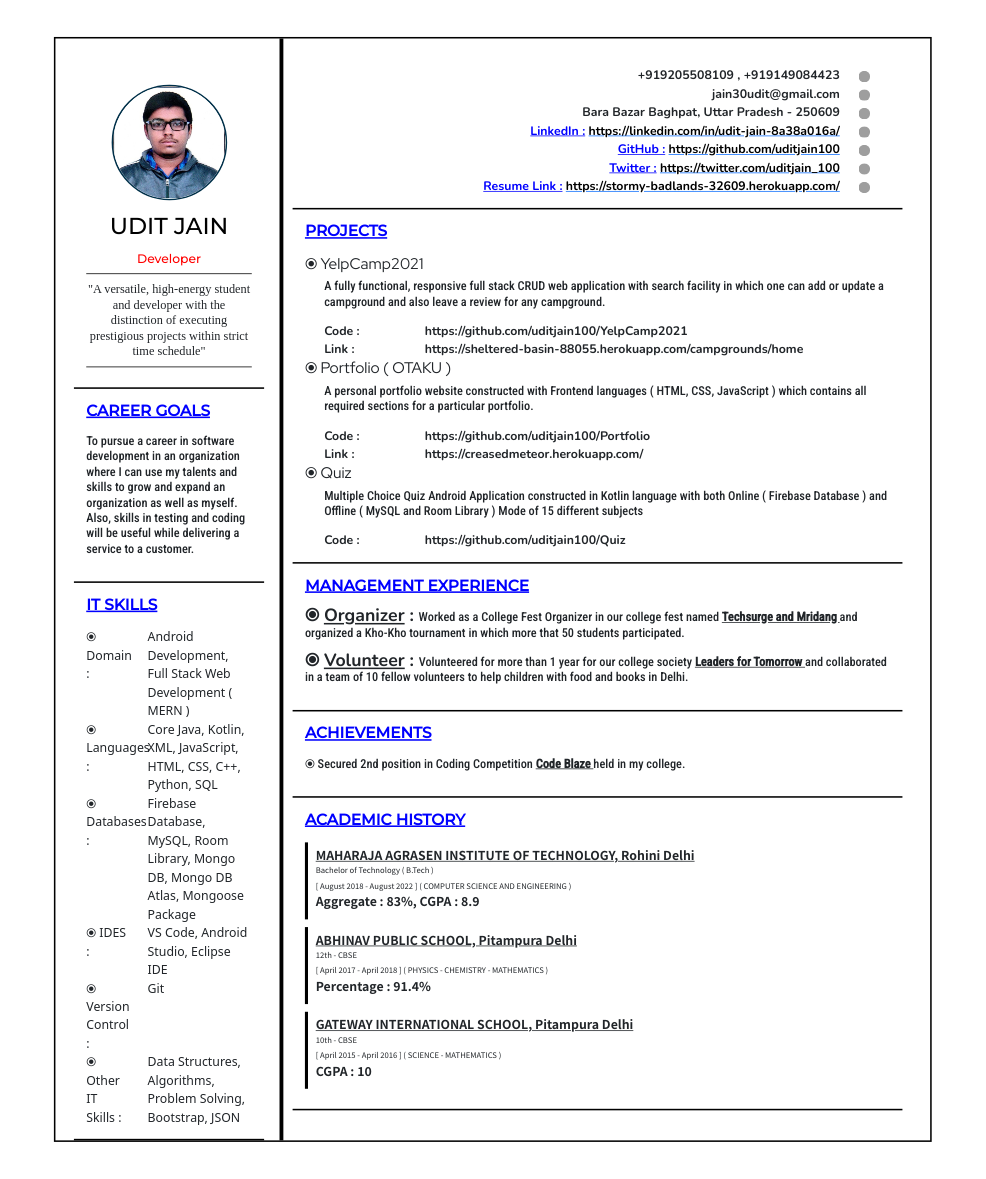
Repository: uditjain100/Resume
Page: app.html
An editor plug-in stored every save of this project. The page is shown before and after the next save, followed by the edit.
The browser window is 1280 px wide. The pictures show the whole page, at 77% of full size.
Pictures or frames that could not be fetched are drawn as grey boxes. Some web fonts or font styles are not loaded; a fallback is used.

Above is the page before, as saved 2021-05-27 18:31:10.

After the next save:
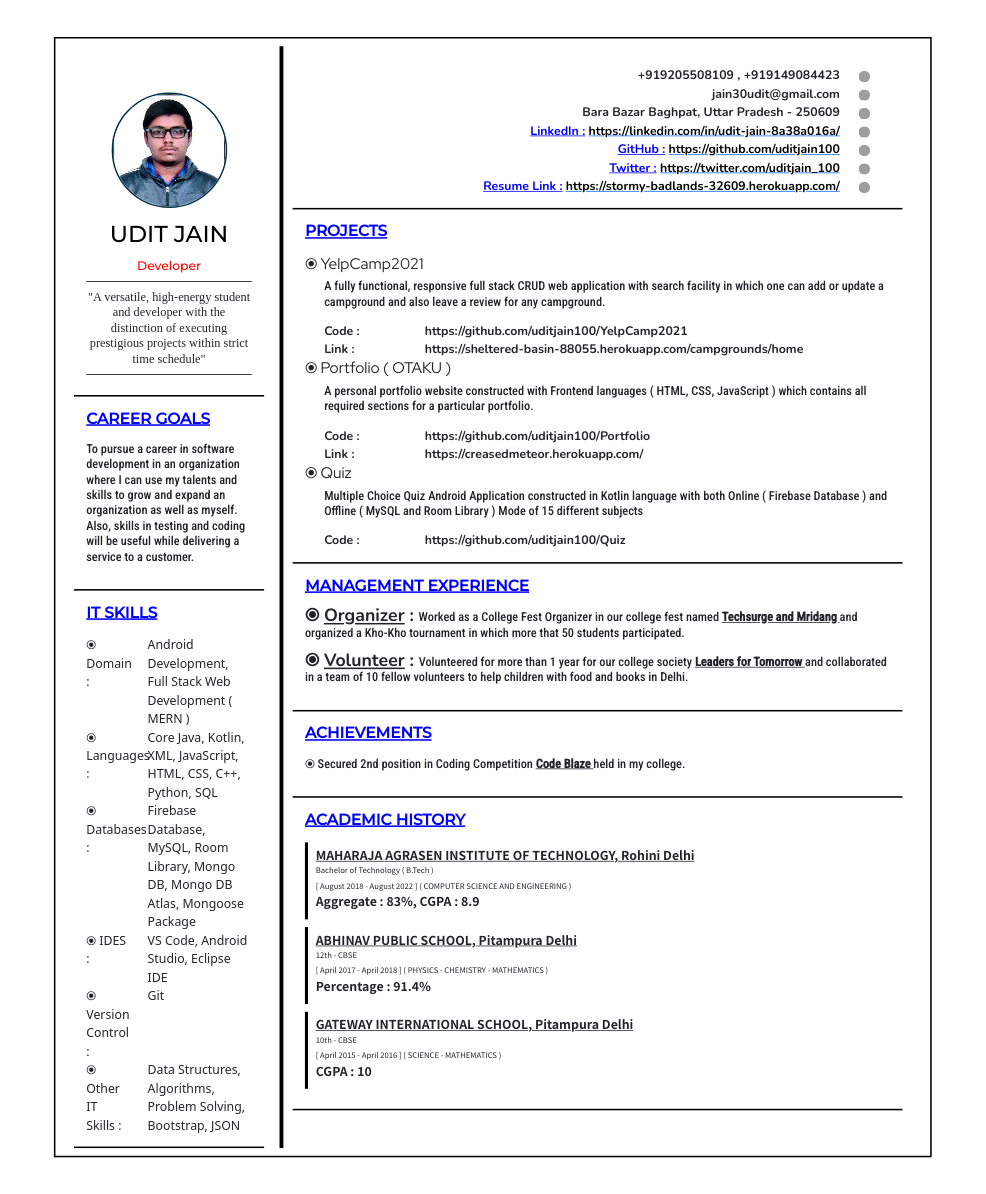
Saved 54 s later.
--- a/app.css
+++ b/app.css
@@ -63,6 +63,7 @@ article {
 }
 
 #leftwindow {
+	margin: 10px 0px 10px 0px;
 	border-right: 5px black solid;
 	padding: 50px 20px 0px 0px;
 	min-width: 250px;
